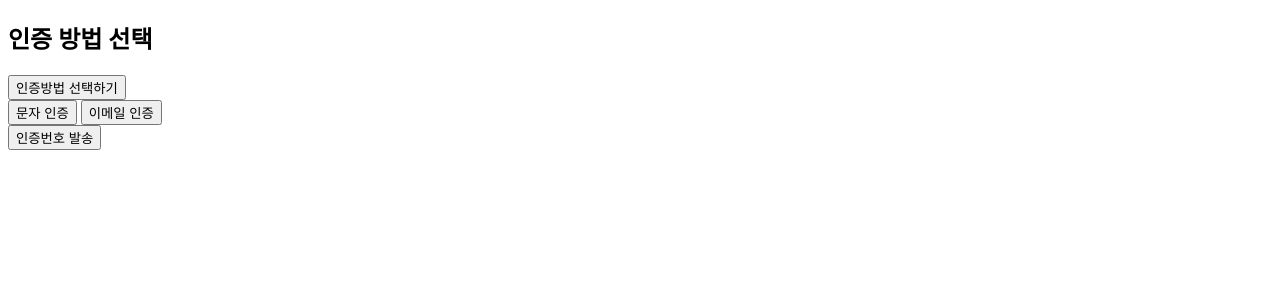
Repository: 0hmuse/day0330-2
Page: day0330-1/src/main/resources/static/test2.html
An editor plug-in stored every save of this project. The page is shown before and after a run of saves, followed by the edit.
The browser window is 1280 px wide. The pictures show the whole page.

Above is the page before, as saved 2020-03-30 08:25:04.

### day0330-1/src/main/resources/static/test2.html
<!DOCTYPE html>
<html>
<head>
<meta charset="EUC-KR">
<title>Insert title here</title>
<script type="text/javascript" src="https://code.jquery.com/jquery-3.4.1.min.js"></script>
<script type="text/javascript">
$(function(){

	$("#sel").click(function(){
		var text = $("<span>인증할 번호, 이메일을 입력하세요</span>")
		var input = $("<input type='text' id='in' name='in'>");
		$("#f").append(text,input);


		$("#sms").click(function(){
			//$("#f").empty();
			var data = $("#f").serialize();
			$("#send").click("/sms.do",{data:data,success:function(r){
				alert(sdata);
			}})
		});


		$("#email").click(function(){
			//$("#f").empty();
			var data = $("#f").serialize();
			$("#send").click("/email.do",{data:data,success:function(r){
				alert("버튼누름");
				alert(edata);
			}})
		});
	})

})

</script>
</head>
<body>
<h2>인증 방법 선택</h2>
<button id="sel">인증방법 선택하기</button><br>
<button id="sms">문자 인증</button>
<button id="email">이메일 인증</button>
<form id="f">
</form>
	<button id="send">인증번호 발송</button>
</body>
</html>

After the next 2 saves:
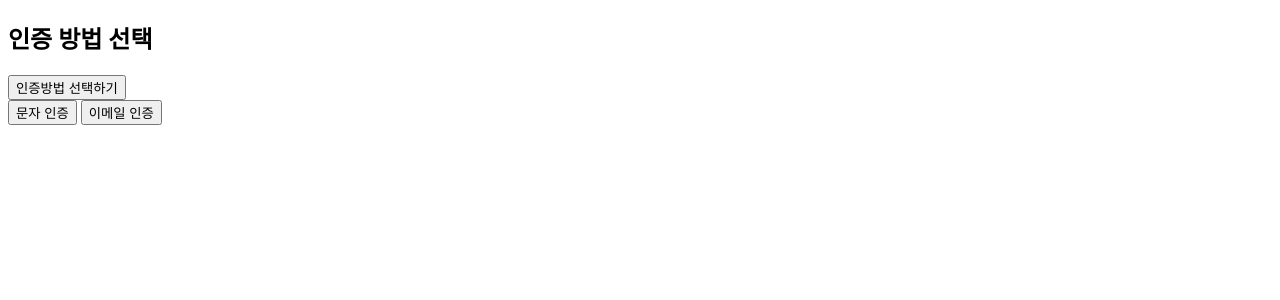
The 2 saves are shown as one change because they came seconds apart.
The last was saved 64 s later.
--- a/day0330-1/src/main/resources/static/test2.html
+++ b/day0330-1/src/main/resources/static/test2.html
@@ -13,23 +13,18 @@ $(function(){
 		$("#f").append(text,input);
 
 
-		$("#sms").click(function(){
-			//$("#f").empty();
-			var data = $("#f").serialize();
-			$("#send").click("/sms.do",{data:data,success:function(r){
-				alert(sdata);
-			}})
-		});
+
+		$("#send").click("/sms.do",{data:data,success:function(r){
+			alert(sdata);
+		}})
 
 
-		$("#email").click(function(){
-			//$("#f").empty();
-			var data = $("#f").serialize();
-			$("#send").click("/email.do",{data:data,success:function(r){
-				alert("버튼누름");
-				alert(edata);
+
+
+		$("#send").click("/email.do",{data:data,success:function(r){
+			alert("버튼누름");
+			alert(edata);
 			}})
-		});
 	})
 
 })
@@ -39,10 +34,10 @@ $(function(){
 <body>
 <h2>인증 방법 선택</h2>
 <button id="sel">인증방법 선택하기</button><br>
-<button id="sms">문자 인증</button>
-<button id="email">이메일 인증</button>
+
 <form id="f">
 </form>
-	<button id="send">인증번호 발송</button>
+	<button id="sms">문자 인증</button>
+	<button id="email">이메일 인증</button>
 </body>
 </html>
